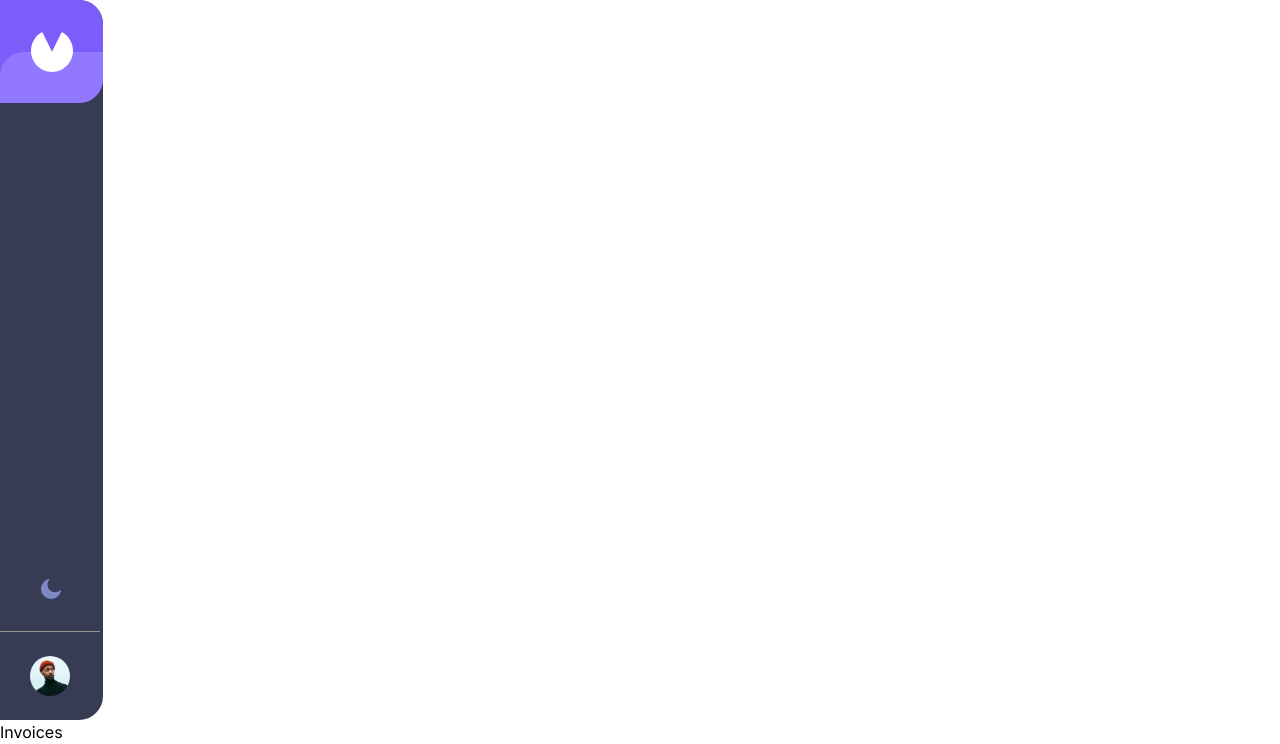
Repository: theoneswhodead/invoice-app
Page: /
The author's editor kept a copy of each file at every save. The page is drawn from the files as they stood at one save, then again after the next save.
The browser window is 1280 px wide. The pictures show the whole page.
The project was rebuilt for these pictures with package versions that can differ from the ones it lists, and the page was loaded fresh each time. The framework's server and built-in components were replaced by stand-ins that run in the browser. Also part of the build but not shown: next.config.mjs.

Above is the page before, as saved 2024-08-21 17:47:54.

### app/layout.tsx
import type { Metadata } from "next";
import { Inter } from "next/font/google";
import "./globals.css";

const inter = Inter({ subsets: ["latin"] });

export const metadata: Metadata = {
  title: "Invoice app<",
  description: "Invoice app",
};

export default function RootLayout({
  children,
}: Readonly<{
  children: React.ReactNode;
}>) {
  return (
    <html lang="en">
      <head>
        <link
            rel="icon"
            type="image/png"
            sizes="16x16"
            href="/favicon-32x32.png"
          />
      </head>
      <body className={inter.className}>{children}</body>
    </html>
  );
}

### app/page.tsx
import BarMenu from "./components/BarMenu";
import Invoices from "./components/Invoices";

export default function Home() {
  return (
    <main className="">
      <BarMenu dark={true}/>
      <Invoices />
    </main>
  );
}

### app/globals.css
@import url('https://fonts.googleapis.com/css2?family=League+Spartan:wght@100..900&display=swap');

@tailwind base;
@tailwind components;
@tailwind utilities;

### app/components/BarMenu.tsx
'use client'
import React from 'react'
import Image from 'next/image'
import { useState } from 'react'

interface DarkMode{
  dark: boolean
}


const BarMenu = ({dark}: DarkMode) => {

  const [isDark, setIsDark] = useState<boolean>(dark)

  const handleDark = () => {
    setIsDark( (prev) => !prev )
  }

  return (
    <nav className='bg-gray h-[4.5rem] sm:h-[5rem] lg:h-[100vh] lg:w-[6.4375rem] flex lg:flex-col justify-between lg:rounded-r-3xl '>
      <div className='flex lg:flex-col justify-between w-full lg:h-full'>
        <div className='bg-purple h-[4.5rem] w-[4.5rem] sm:w-[5rem] sm:h-[5rem] lg:w-[6.4375rem] lg:h-[6.4375rem] rounded-r-3xl relative'>

            <Image
                src="/logo.svg"
                width={28}
                height={26}
                alt="Logo"
                className='absolute top-1/2 left-1/2 translate-y-[-50%] translate-x-[-50%] sm:w-[2.0625rem] sm:h-[1.9375rem] lg:w-[2.625rem] lg:h-[2.5rem]'
            />
            <div className='bg-light_purple w-[4.5rem] h-[2.25rem] sm:w-[5rem] sm:h-[2.5rem] lg:w-[6.4375rem] lg:h-[3.21875rem] mt-[3.21875rem] rounded-br-3xl rounded-tl-3xl'>

            </div>
        </div>
        <button>
            <Image
                src="/icon-moon.svg"
                width={20}
                height={20}
                alt="Theme Mode"
                className='mx-[1.5rem] my-[1.625rem] hover:cursor-pointer lg:ml-[2.5625rem] lg:mr-[2.625rem] lg:mb-[2rem]'
            />
        </button>
      </div>
      <div className='border-l lg:border-t lg:border-l-0  border-light_gray w-[6.25rem]'>
        <Image
            src="/image-avatar.jpg"
            width={32}
            height={32}
            alt="Avatar"
            className='rounded-full my-[1.25rem] mx-[1.5rem] lg:w-[2.5rem] lg:h-[2.5rem] lg:ml-[1.875rem] lg:mr-[1.9375rem] lg:my-6'
        />
      </div>
    </nav>
  )
}

export default BarMenu

### app/components/Invoices.tsx
import React from 'react'

const Invoices = () => {
  return (
    <div>
      Invoices
    </div>
  )
}

export default Invoices

### tailwind.config.ts
import type { Config } from "tailwindcss";

const config: Config = {
  content: [
    "./pages/**/*.{js,ts,jsx,tsx,mdx}",
    "./components/**/*.{js,ts,jsx,tsx,mdx}",
    "./app/**/*.{js,ts,jsx,tsx,mdx}",
  ],
  darkMode: 'selector',
  theme: {
    extend: {
      colors: {
        "purple": "#7C5DFA",
        "light_purple": "#9277FF",
        "charcoal_blue": "#1E2139",
        "charcoal_gray": "#252945",
        "lavender_blue": "#DFE3FA",
        "cool_gray": "#888EB0",
        "wild_blue_yonder": "#7E88C3",
        "gunmetal": "#0C0E16",
        "coral_red": "#EC5757",
        "periwinkle": "#9277FF",
        "off_white": "#F8F8FB",
        "rich_black": "#141625",
        "gray": "#373B53",
        "light_gray": "#979797"
      },
      fontFamily: {
        Leagie_Spartan: ["League Spartan", "sans-serif"],
      },
      screens: {
        xxs: "280px",
        xs: "375px",
        ss: "580px",
        sm: "768px",
        md: "1060px",
        lg: "1140px",
        xl: "1700px",
      },
    },
  },
  plugins: [],
};
export default config;

After the next save:
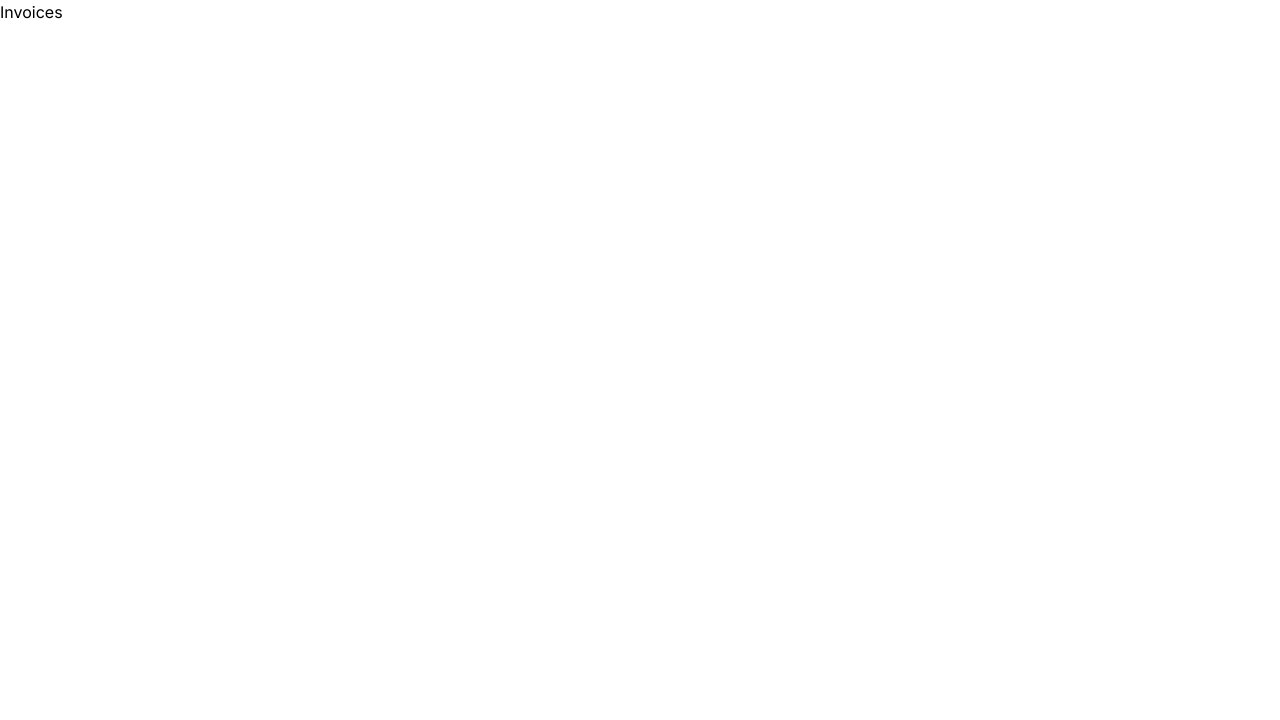
Saved 18 min 33 s later.
--- a/app/page.tsx
+++ b/app/page.tsx
@@ -4,7 +4,7 @@ import Invoices from "./components/Invoices";
 export default function Home() {
   return (
     <main className="">
-      <BarMenu dark={true}/>
+
       <Invoices />
     </main>
   );

After the save that followed:
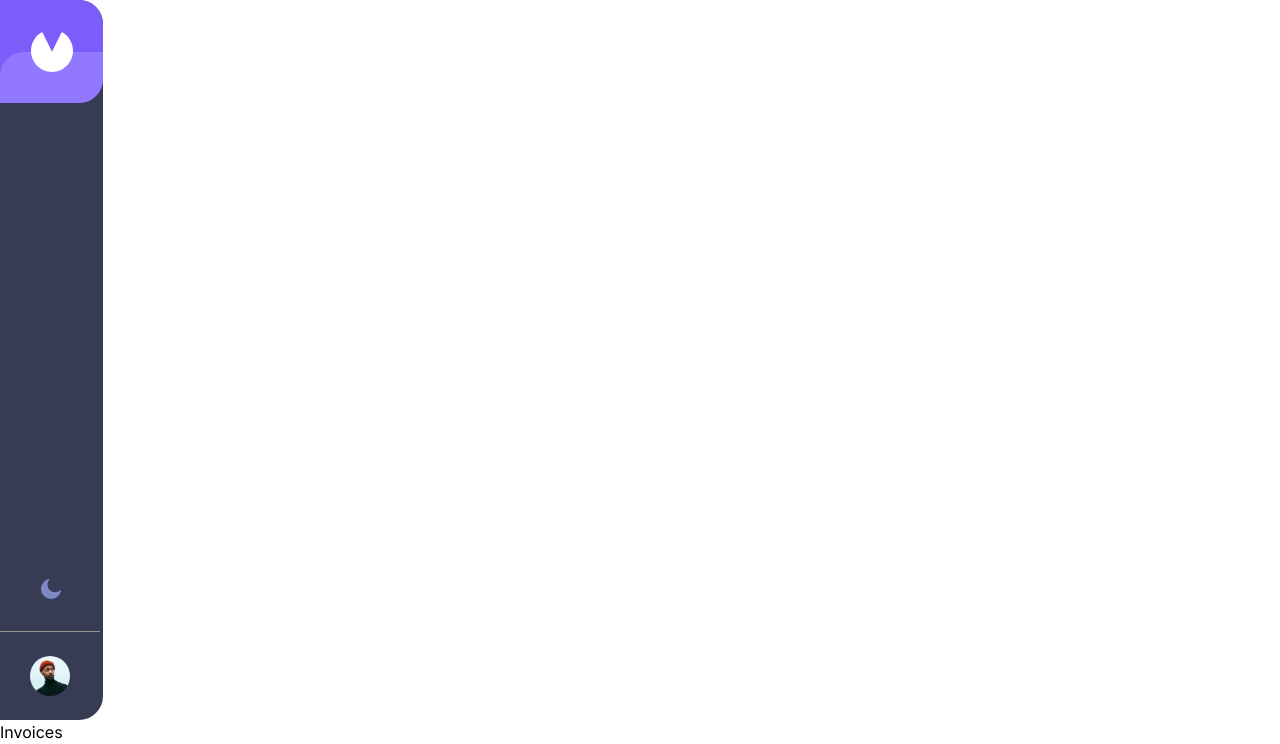
Saved 3 s later.
--- a/app/layout.tsx
+++ b/app/layout.tsx
@@ -1,7 +1,7 @@
 import type { Metadata } from "next";
 import { Inter } from "next/font/google";
 import "./globals.css";
-
+import BarMenu from "./components/BarMenu";
 const inter = Inter({ subsets: ["latin"] });
 
 export const metadata: Metadata = {
@@ -24,7 +24,10 @@ export default function RootLayout({
             href="/favicon-32x32.png"
           />
       </head>
-      <body className={inter.className}>{children}</body>
+      <body className={inter.className}>
+      <BarMenu dark={true}/>
+        {children}
+        </body>
     </html>
   );
 }
